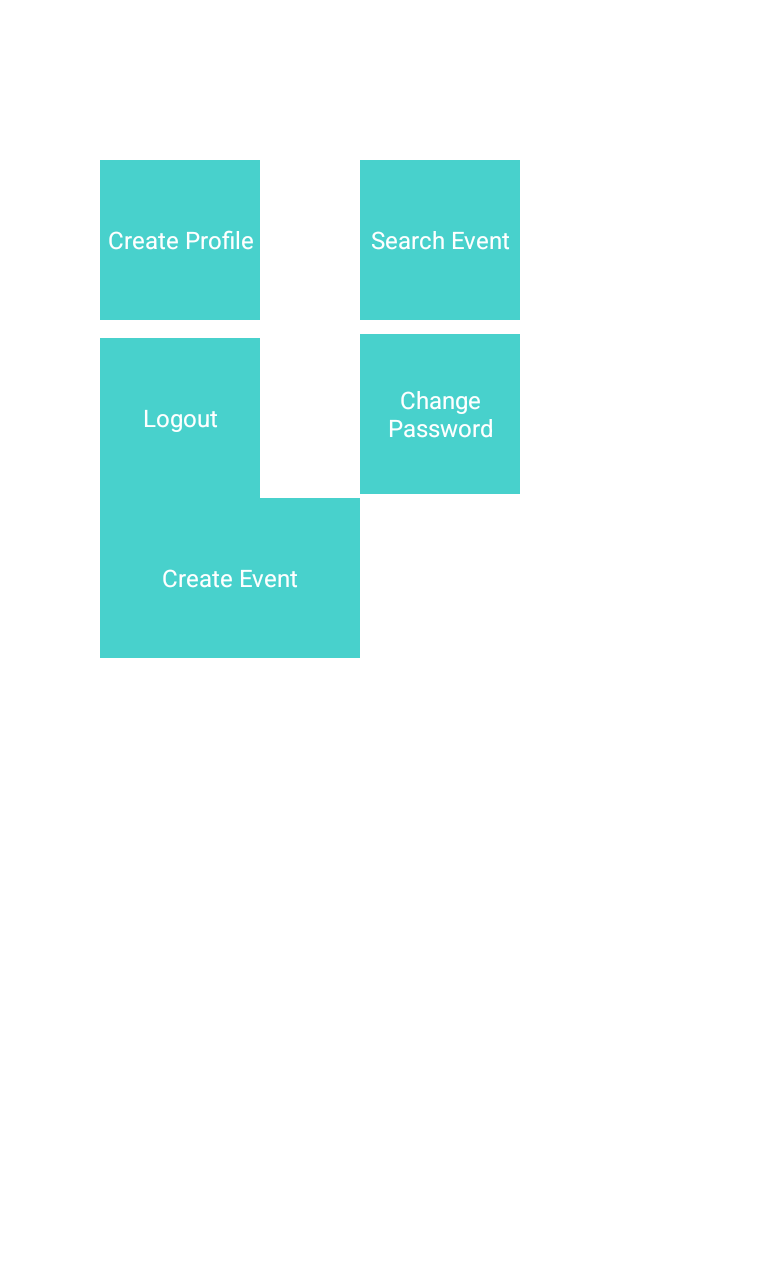
Repository: COMP231-S63G1/COMP231-S63G1
Layout: Wanna/res/layout/login_success.xml
An editor plug-in stored every save of this project. The layout is shown before and after the next save, followed by the edit.
It is drawn on a 768 x 1280 px phone screen (xhdpi) without system bars, with theme AppTheme; the app's code is not run. The app's manifest (not shown) leaves right-to-left support off. So textAlignment, textDirection and layoutDirection are ignored, and left and right values win over start and end ones.

Above is the layout before, as saved 2014-10-24 15:49:27.

After the next save:
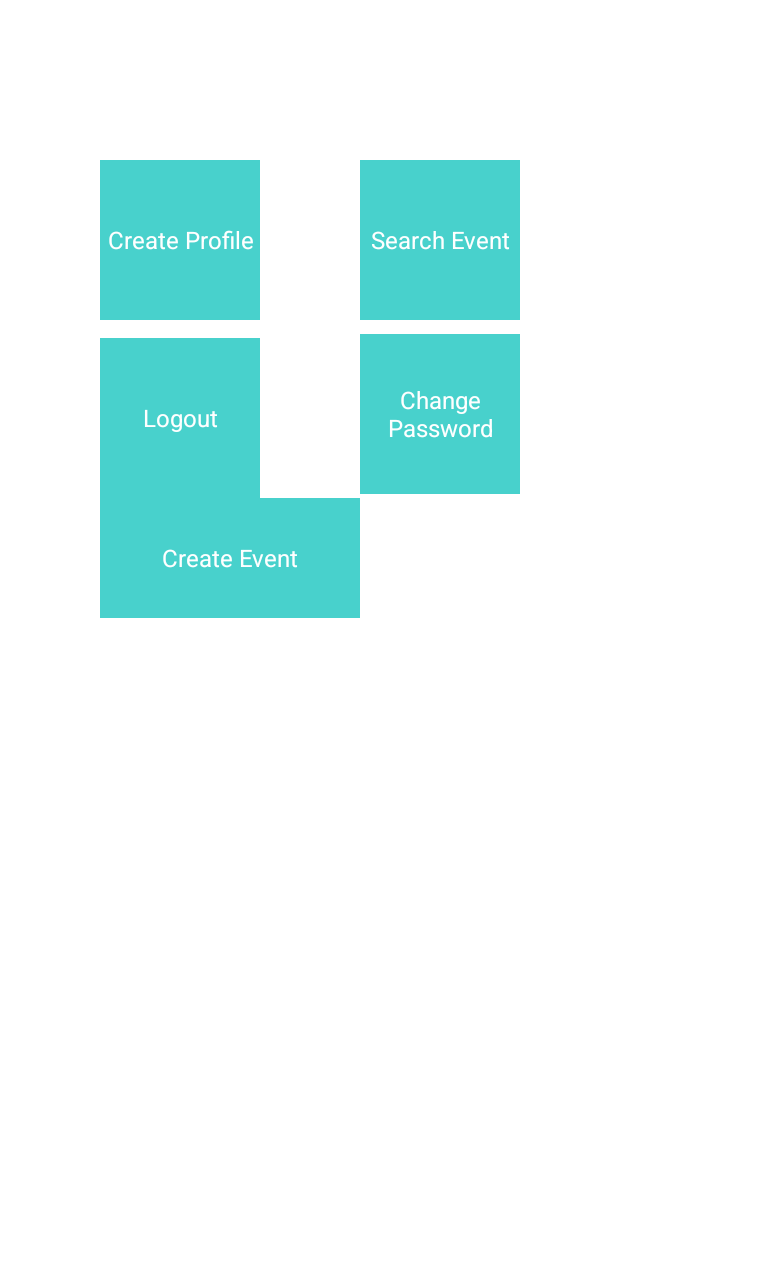
Saved 33 s later.
--- a/Wanna/res/layout/login_success.xml
+++ b/Wanna/res/layout/login_success.xml
@@ -86,7 +86,7 @@
     <Button
         android:id="@+id/btCreateProf"
         android:layout_width="80dp"
-        android:layout_height="80dp"
+        android:layout_height="60dp"
 		android:background="#48D1CC"
         android:layout_below="@+id/textwelcome"
         android:text="Create Event"

After the 2 saves that followed:
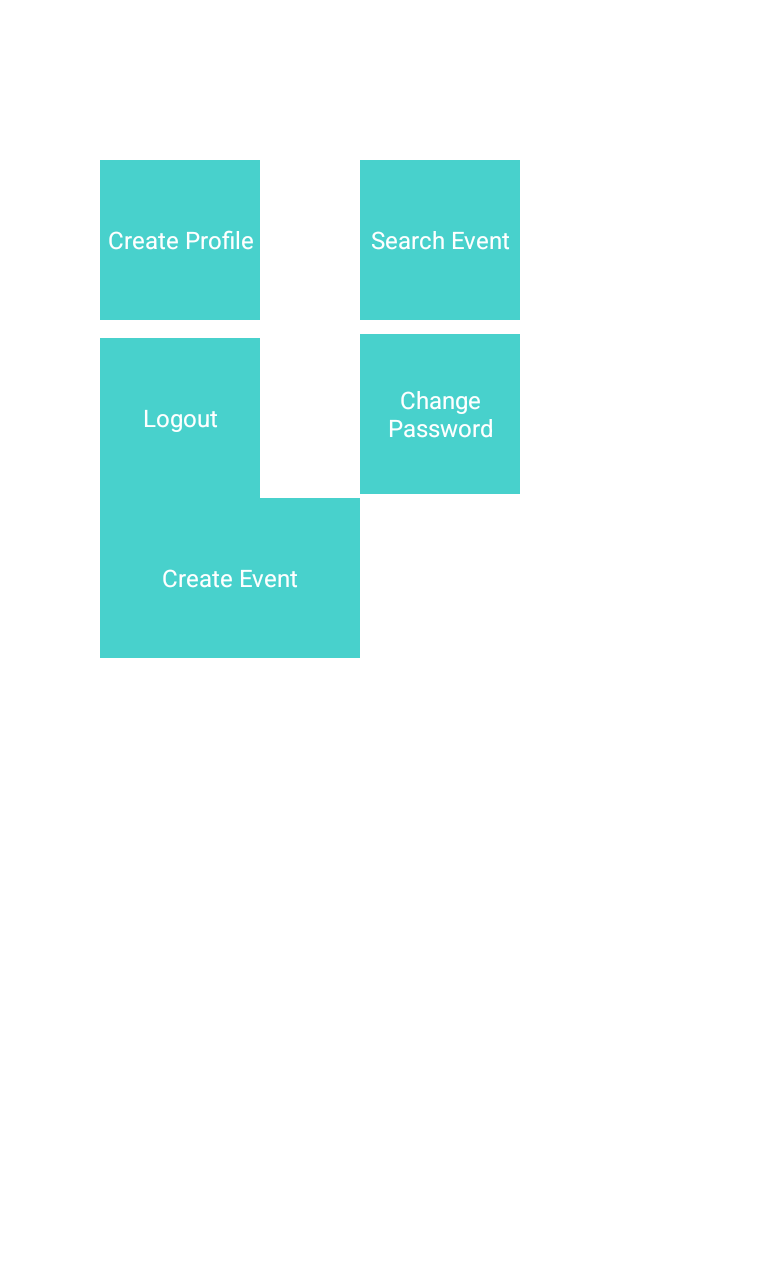
The 2 saves are shown as one change because they came seconds apart.
The last was saved 7 s later.
--- a/Wanna/res/layout/login_success.xml
+++ b/Wanna/res/layout/login_success.xml
@@ -85,8 +85,8 @@
 <TableRow>
     <Button
         android:id="@+id/btCreateProf"
-        android:layout_width="80dp"
-        android:layout_height="60dp"
+        android:layout_width="60dp"
+        android:layout_height="80dp"
 		android:background="#48D1CC"
         android:layout_below="@+id/textwelcome"
         android:text="Create Event"
